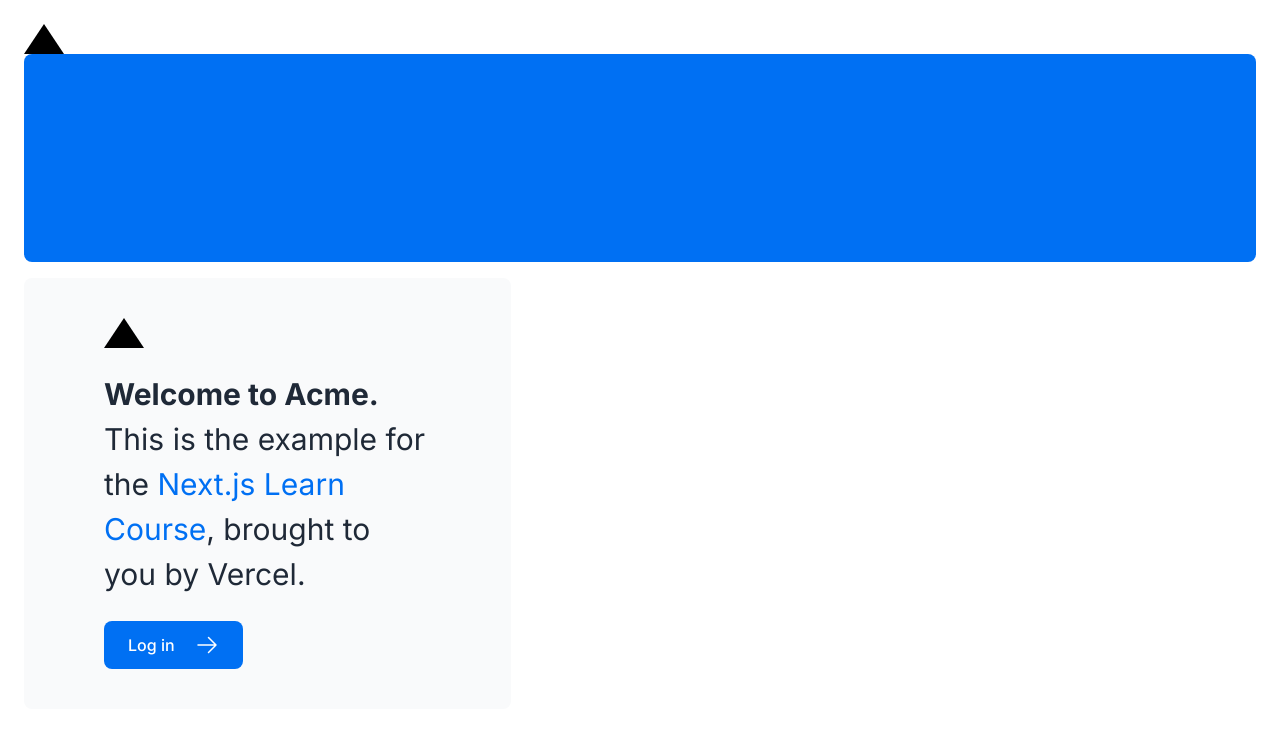
Repository: mrthanhdo/nextjs-my-dashboard
Page: /
These files come from the project's save history. The page is drawn as it stood at one moment and after the next save; the edit follows.
The browser window is 1280 px wide. The pictures show the whole page.
Some web fonts or font styles are not loaded; a fallback is used. The project was rebuilt for these pictures with package versions that can differ from the ones it lists, and the page was loaded fresh each time. The framework's server and built-in components were replaced by stand-ins that run in the browser. Also part of the build but not shown: next.config.js.

Above is the page before, as saved 2024-06-06 11:10:45.

### app/page.tsx
import AcmeLogo from '@/app/ui/acme-logo';
import { ArrowRightIcon } from '@heroicons/react/24/outline';
import Link from 'next/link';
import styles from '@/app/ui/home.module.css';
import { lusitana } from '@/app/ui/fonts'

export default function Page() {
  return (
    <main className="flex min-h-screen flex-col p-6">
      <div className={styles.shape} />
      <div className="flex h-20 shrink-0 items-end rounded-lg bg-blue-500 p-4 md:h-52 ">
        {/* <AcmeLogo /> */}
      </div>
      <div className="mt-4 flex grow flex-col gap-4 md:flex-row">
        <div className="flex flex-col justify-center gap-6 rounded-lg bg-gray-50 px-6 py-10 md:w-2/5 md:px-20">
          <div
            className="h-0 w-0 border-b-[30px] border-l-[20px] border-r-[20px] border-b-black border-l-transparent border-r-transparent"
          />
          <p className={` text-xl text-gray-800 md:text-3xl md:leading-normal`}>
            <strong>Welcome to Acme.</strong> This is the example for the{' '}
            <a href="https://nextjs.org/learn/" className="text-blue-500">
              Next.js Learn Course
            </a>
            , brought to you by Vercel.
          </p>
          <Link
            href="/login"
            className="flex items-center gap-5 self-start rounded-lg bg-blue-500 px-6 py-3 text-sm font-medium text-white transition-colors hover:bg-blue-400 md:text-base"
          >
            <span>Log in</span> <ArrowRightIcon className="w-5 md:w-6" />
          </Link>
        </div>
        <div className="flex items-center justify-center p-6 md:w-3/5 md:px-28 md:py-12">
          {/* Add Hero Images Here */}
        </div>
      </div>
    </main>
  );
}

Loaded but not shown: app/layout.tsx (common file); app/ui/global.css (common file); app/ui/fonts.ts (common file); app/ui/home.module.css (common file); tailwind.config.ts (common file)

After the next save:
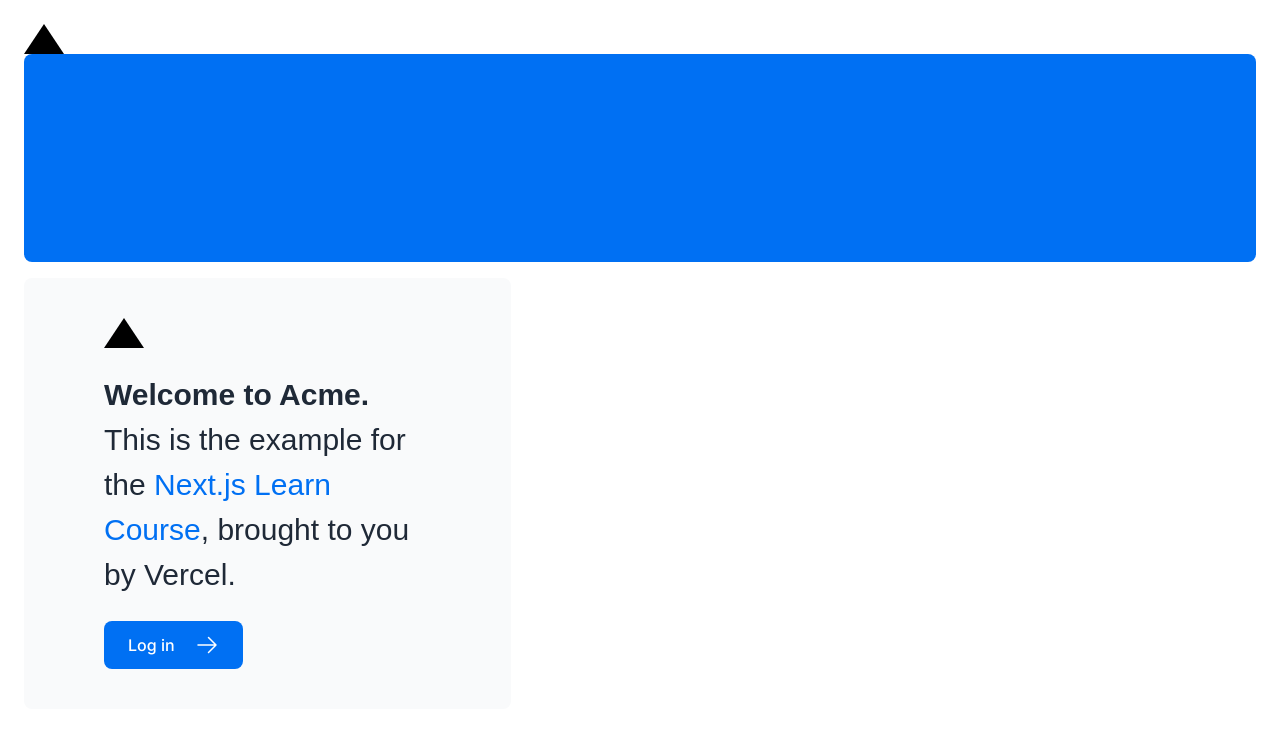
Saved 9 s later.
--- a/app/page.tsx
+++ b/app/page.tsx
@@ -16,7 +16,7 @@
           <div
             className="h-0 w-0 border-b-[30px] border-l-[20px] border-r-[20px] border-b-black border-l-transparent border-r-transparent"
           />
-          <p className={` text-xl text-gray-800 md:text-3xl md:leading-normal`}>
+          <p className={`${lusitana.className} antialiased text-xl text-gray-800 md:text-3xl md:leading-normal`}>
             <strong>Welcome to Acme.</strong> This is the example for the{' '}
             <a href="https://nextjs.org/learn/" className="text-blue-500">
               Next.js Learn Course
